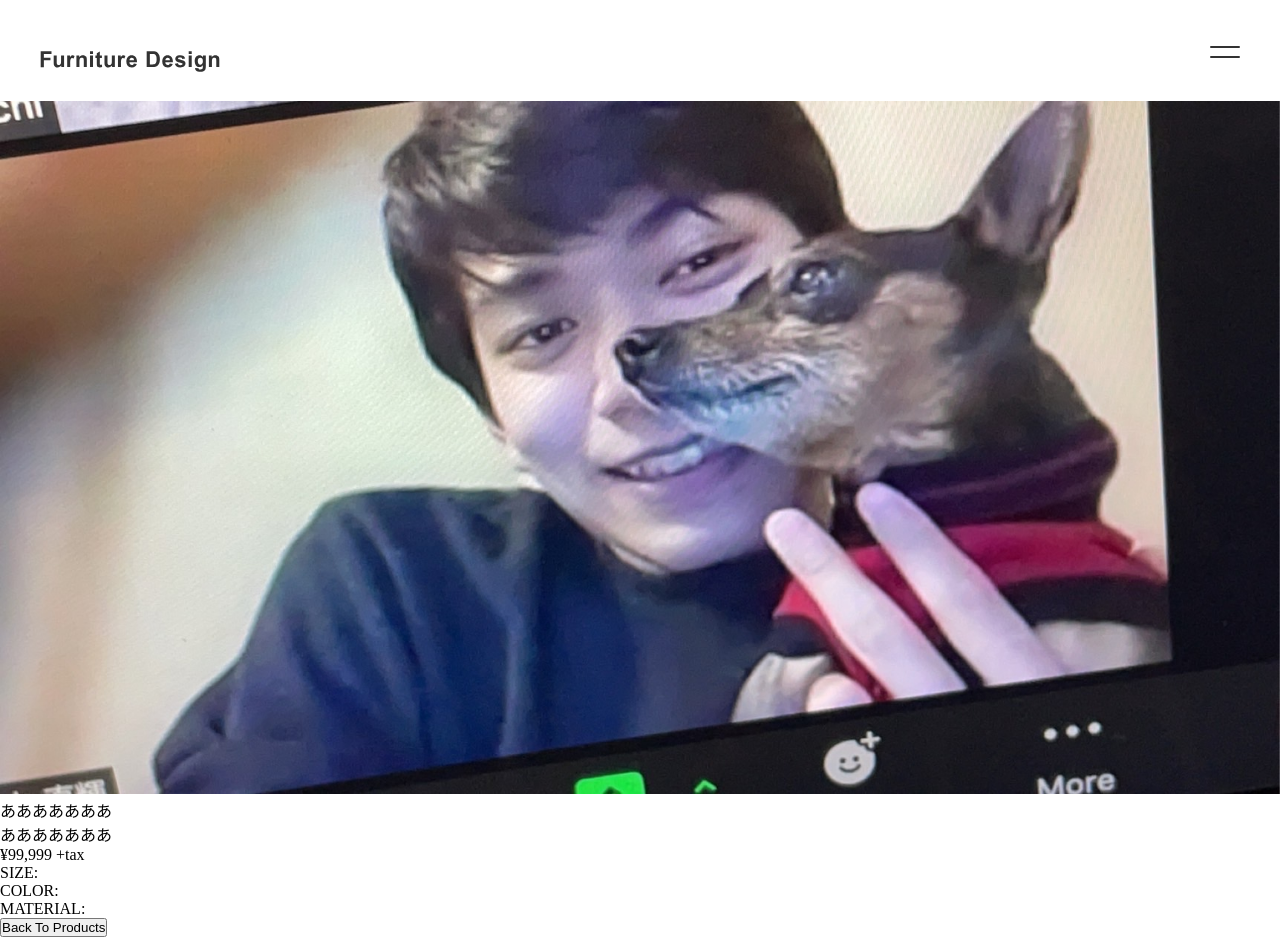
Repository: kohei23n/tenfeet
Page: menbers2/index.html
The author's editor kept a copy of each file at every save. The page is drawn from the files as they stood at one save, then again after the next save.
The browser window is 1280 px wide. The pictures show the whole page.

Above is the page before, as saved 2022-02-08 21:07:20.
Not found: menbers2/..reset.css

After the next save:
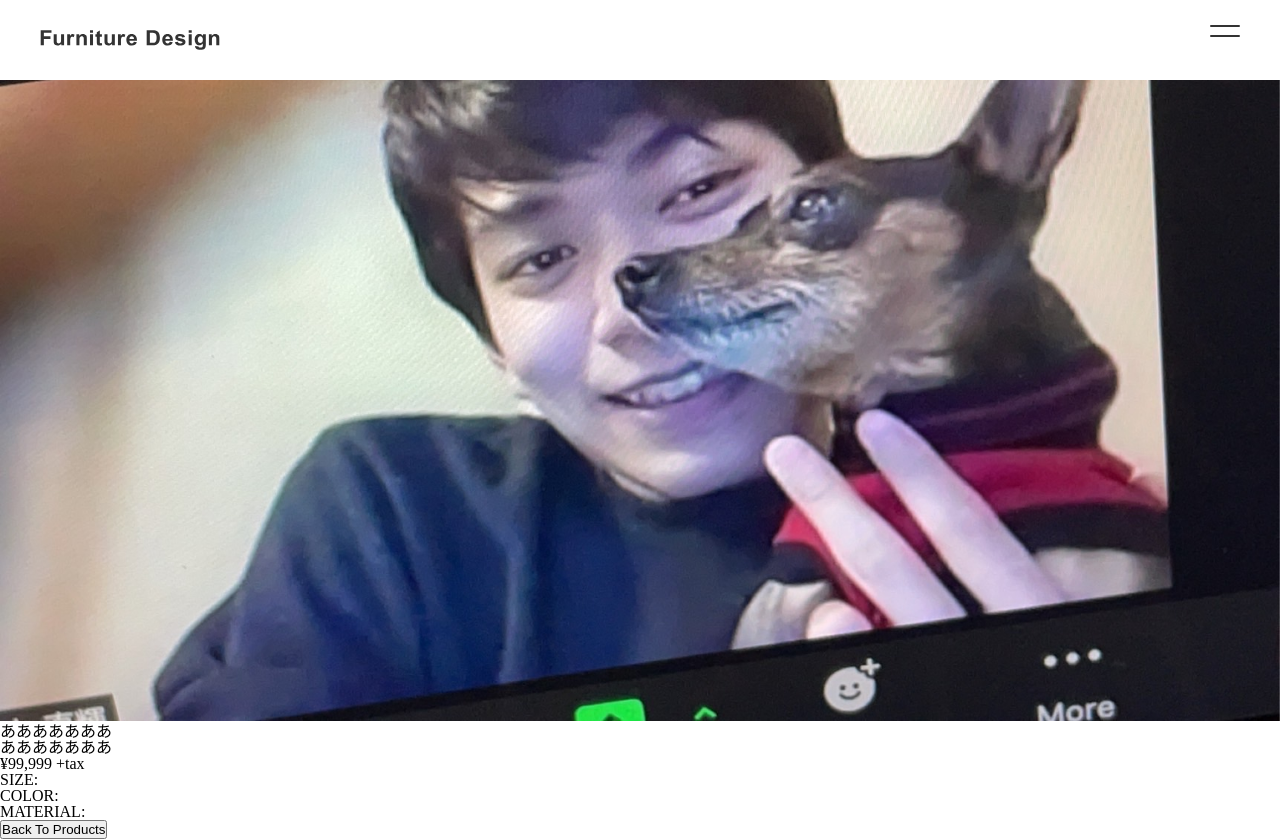
Saved 4 s later.
--- a/menbers2/index.html
+++ b/menbers2/index.html
@@ -7,7 +7,7 @@
     <meta name="viewport" content="width=device-width, initial-scale=1.0" />
     <link rel="stylesheet" href="menbers2.css" />
     <title>Document</title>
-    <link rel="stylesheet" href="..reset.css">
+    <link rel="stylesheet" href="../reset.css">
 </head>
 
 <body>
